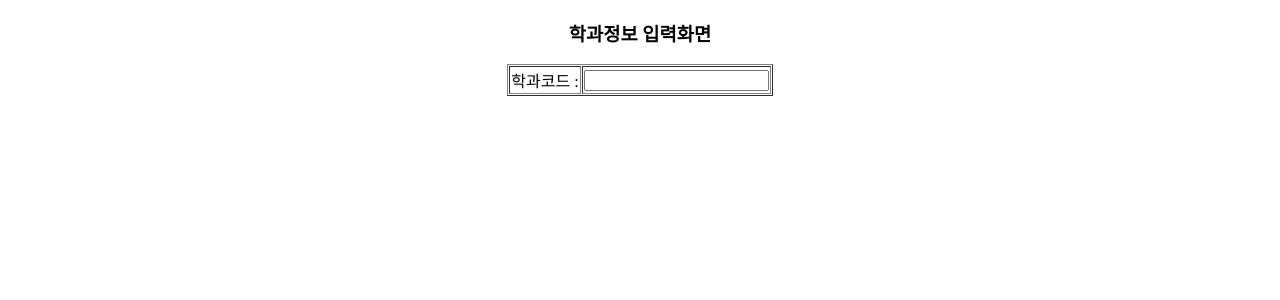
Repository: DDoeDDoe32/sw5
Page: http://localhost/test10/subjectlist.jsp
An editor plug-in stored every save of this project. The page is shown before and after the next save, followed by the edit.
The browser window is 1280 px wide. The pictures show the whole page.
The page is served by Tomcat 9.

Above is the page before, as saved 2019-05-18 06:45:50.

### 실습파일/test10/WebContent/subjectlist.jsp
<%@ page language="java" contentType="text/html; charset=UTF-8"
    pageEncoding="UTF-8"%>
<!DOCTYPE html>
<html>
<head>
<meta charset="UTF-8">
<title>학과추가 폼</title>
<script>

</script>

</head>
<body>
<center><h3>학과정보 입력화면</h3>
<form action="dept_insert.jsp" name="deptinput" method="post">
<table border="1" cellspacing="1">
<tr>
<td>학과코드 : </td>
<td><input type="text" name="dept_id"></td>

</table></form></center>

</body>
</html>

After the next save:
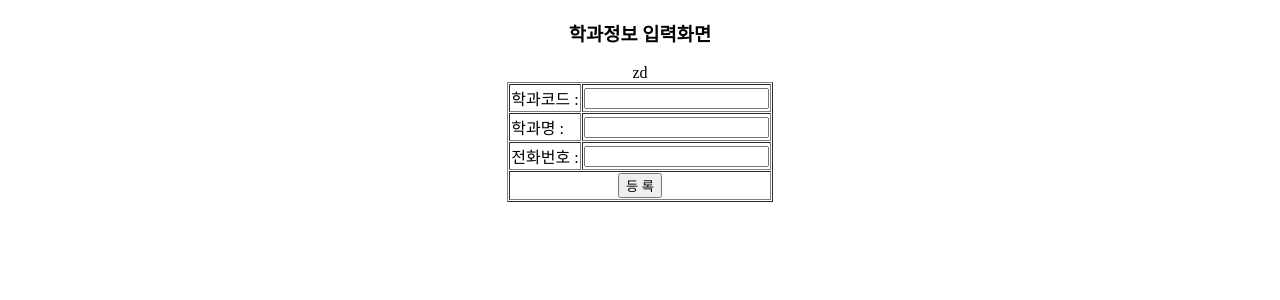
Saved 2 min 11 s later.
--- a/실습파일/test10/WebContent/subjectlist.jsp
+++ b/실습파일/test10/WebContent/subjectlist.jsp
@@ -17,6 +17,18 @@
 <tr>
 <td>학과코드 : </td>
 <td><input type="text" name="dept_id"></td>
+</tr>
+<tr>
+<td>학과명 : </td>
+<td><input type="text" name="dept_name"></td>
+</tr>
+<tr>
+<td>전화번호 : </td>
+<td><input type="text" name="phone"></td>zd
+</tr>
+<tr align="center">
+<td colspan=2>
+<input type="button" name="confirm" value="등 록" OnClick="In_Check()">
 
 </table></form></center>
 
